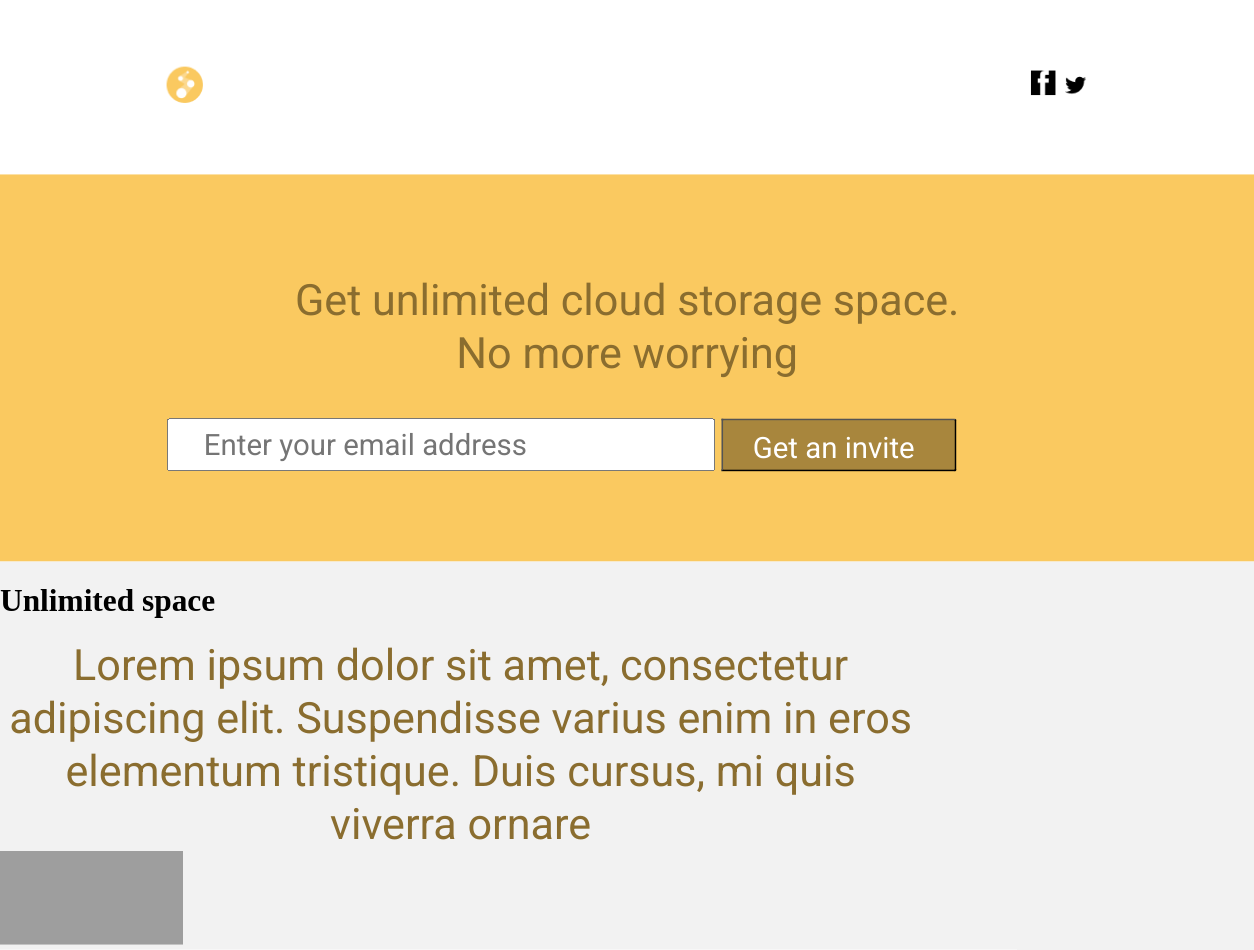
Repository: AndreyMykulych/user_home_work_Mykulych
Page: index.html
The author's editor kept a copy of each file at every save. The page is drawn from the files as they stood at one save, then again after the next save.
The browser window is 1280 px wide. The pictures show the whole page, at 98% of full size.
Pictures or frames that could not be fetched are drawn as grey boxes.

Above is the page before, as saved 2023-02-27 17:11:53.

After the next save:
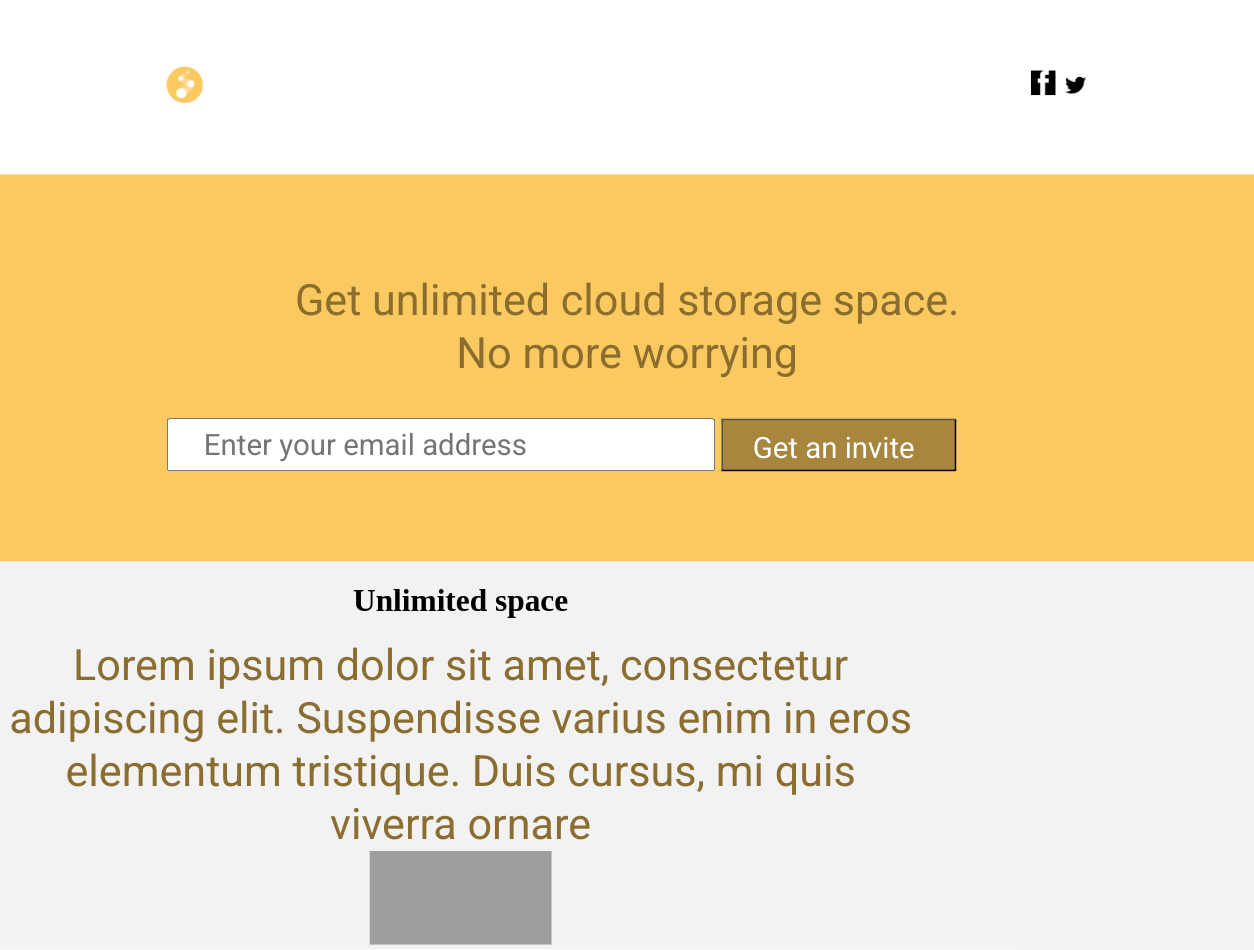
Saved 13 s later.
--- a/styles/style.css
+++ b/styles/style.css
@@ -130,7 +130,7 @@
 }
 .content_first {
     width: 940px;
-    display: inline-block;
+    text-align: center;
 
 }
 .content_first img{

After the save that followed:
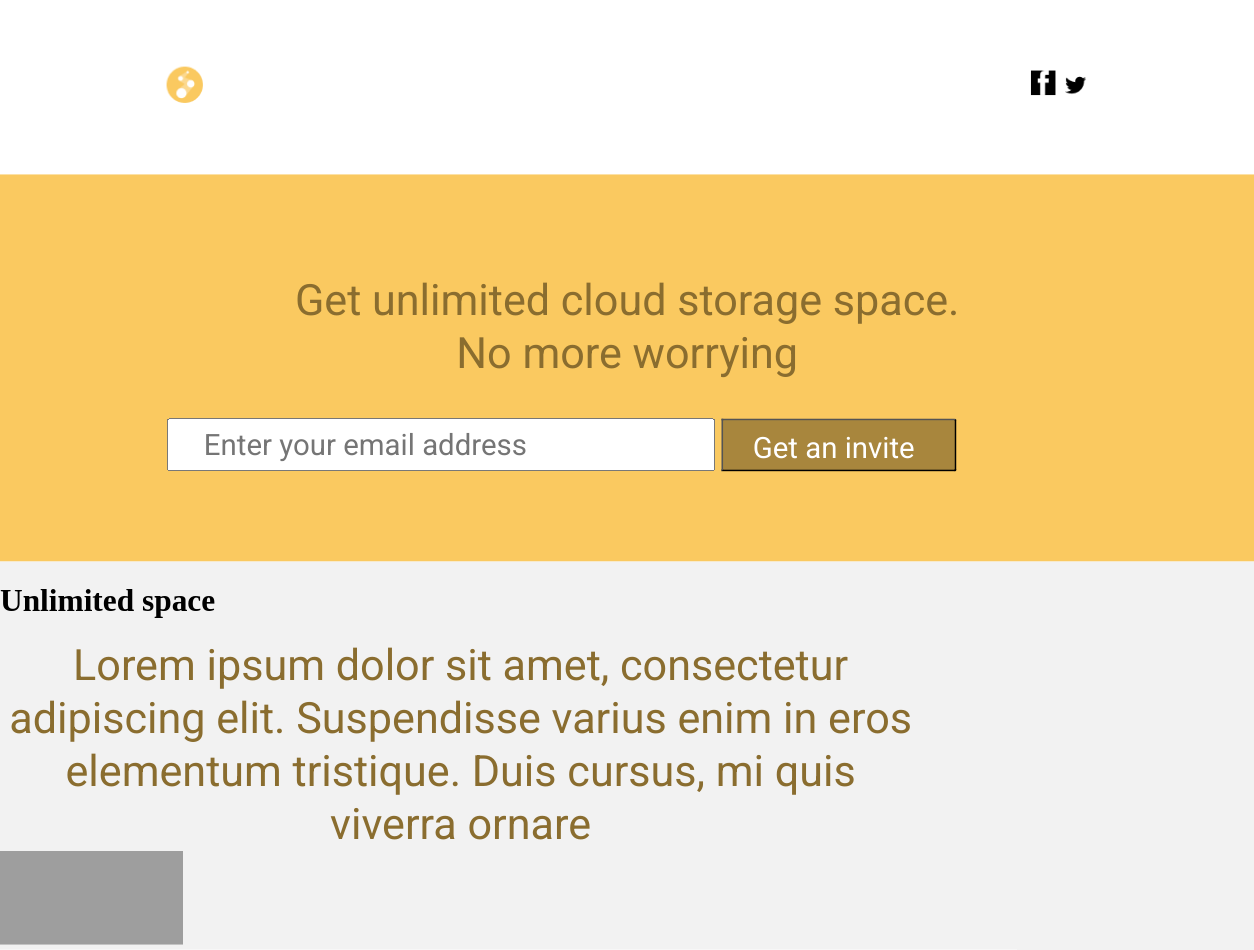
Saved 9 s later.
--- a/styles/style.css
+++ b/styles/style.css
@@ -130,7 +130,7 @@
 }
 .content_first {
     width: 940px;
-    text-align: center;
+    float: center;
 
 }
 .content_first img{
